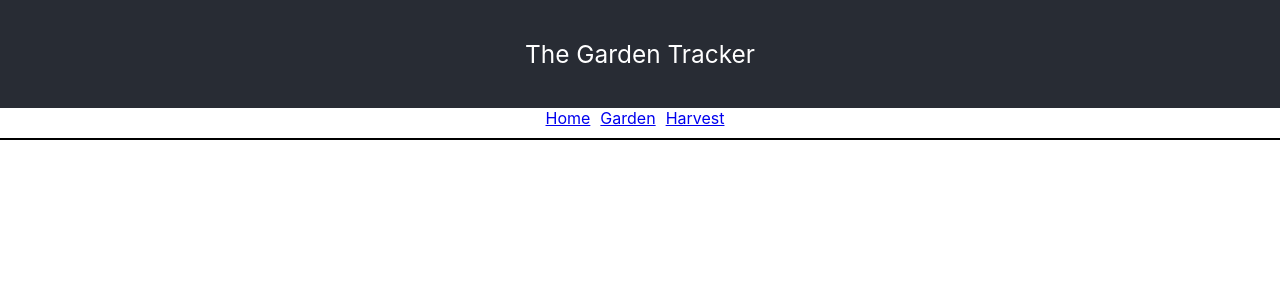
Repository: charliejp0311/ReactReduxFinal
Page: /harvest (app in gardentracker/)
An editor plug-in stored every save of this project. The page is shown before and after the next save, followed by the edit.
The browser window is 1280 px wide. The pictures show the whole page.
The page's requests for data from a server got no answer. The project was rebuilt for these pictures with package versions that can differ from the ones it lists, and the page was loaded fresh each time. No one was signed in, and anything a server would have sent is missing. Also part of the build but not shown: gardentracker/src/containers/GardenbookContainer.js, gardentracker/src/components/plantForm.js, gardentracker/src/containers/GardenContainer.js.

Above is the page before, as saved 2020-11-04 15:49:36.

After the next save:
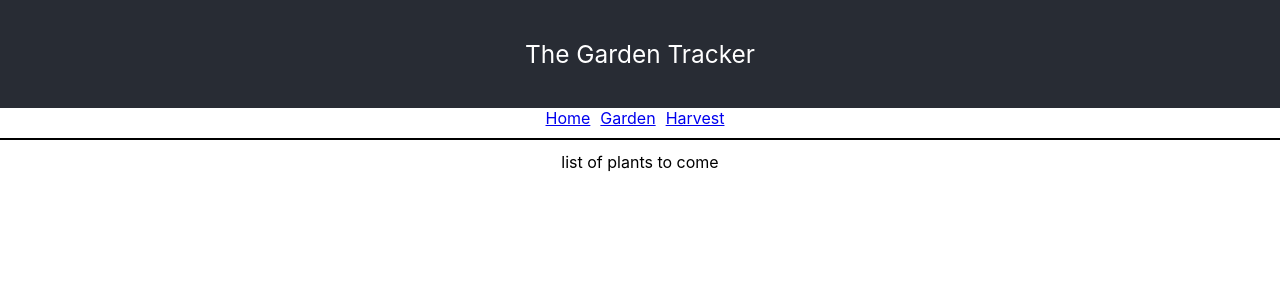
Saved 3 min 43 s later.
--- a/gardentracker/src/containers/HarvestContainer.js
+++ b/gardentracker/src/containers/HarvestContainer.js
@@ -1,5 +1,6 @@
 import React,{Component} from 'react';
 import {connect} from 'react-redux';
+import  PlantList  from "../components/PlantList";
 
 
 
@@ -9,6 +10,7 @@ class HarvestContainer extends Component{
 
         return(
         <div>
+            <PlantList plants={this.props.harvest} notes={this.props.notes}/>
         </div>
         );
     };
